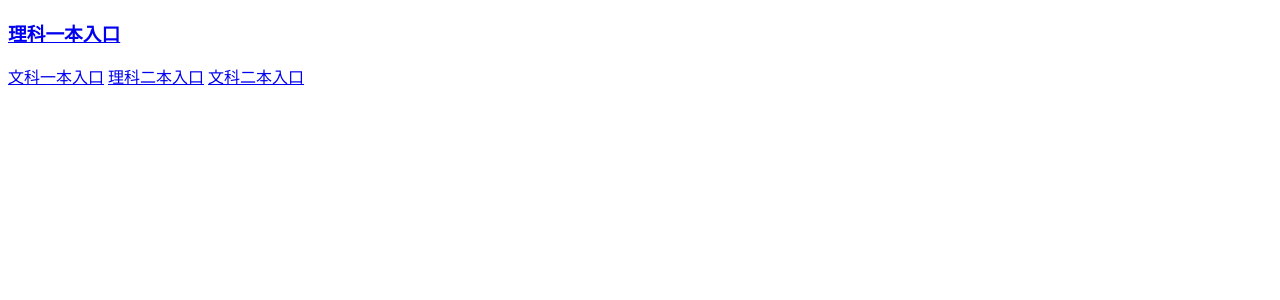
Repository: ClearLove007/Zhiyuan
Page: http://localhost/Zhiyuan/home.jsp
These files come from the project's save history. The page is drawn as it stood at one moment and after the next save; the edit follows.
The browser window is 1280 px wide. The pictures show the whole page.
The page is served by Tomcat 9. Other server files are loaded and not shown.

Above is the page before, as saved 2019-06-10 23:20:35.

### Zhiyuan/WebContent/home.jsp
<?xml version="1.0" encoding="utf-8" ?>
<%@ page language="java" contentType="text/html; charset=utf-8"
	pageEncoding="utf-8"%>
<!DOCTYPE html PUBLIC "-//W3C//DTD XHTML 1.0 Transitional//EN" "http://www.w3.org/TR/xhtml1/DTD/xhtml1-transitional.dtd">
<html xmlns="http://www.w3.org/1999/xhtml"
	xmlns:f="http://java.sun.com/jsf/core"
	xmlns:h="http://java.sun.com/jsf/html">
<head>
<meta http-equiv="Content-Type" content="text/html; charset=utf-8" />
<title>高考志愿查询</title>
</head>
<body>

		<h3><a href="L1In.jsp">理科一本入口</a></h3>
		<a href="W1In.jsp">文科一本入口</a>
		<a href="L2In.jsp">理科二本入口</a>
		<a href="W2In.jsp">文科二本入口</a>

</body>
</html>

After the next save:
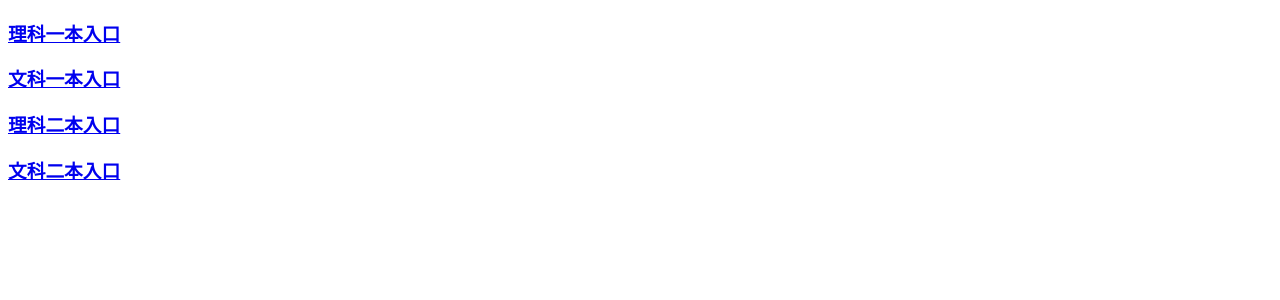
Saved 29 s later.
--- a/Zhiyuan/WebContent/home.jsp
+++ b/Zhiyuan/WebContent/home.jsp
@@ -12,9 +12,9 @@
 <body>
 
 		<h3><a href="L1In.jsp">理科一本入口</a></h3>
-		<a href="W1In.jsp">文科一本入口</a>
-		<a href="L2In.jsp">理科二本入口</a>
-		<a href="W2In.jsp">文科二本入口</a>
+		<h3><a href="W1In.jsp">文科一本入口</a></h3>
+		<h3><a href="L2In.jsp">理科二本入口</a></h3>
+		<h3><a href="W2In.jsp">文科二本入口</a></h3>
 
 </body>
 </html>
